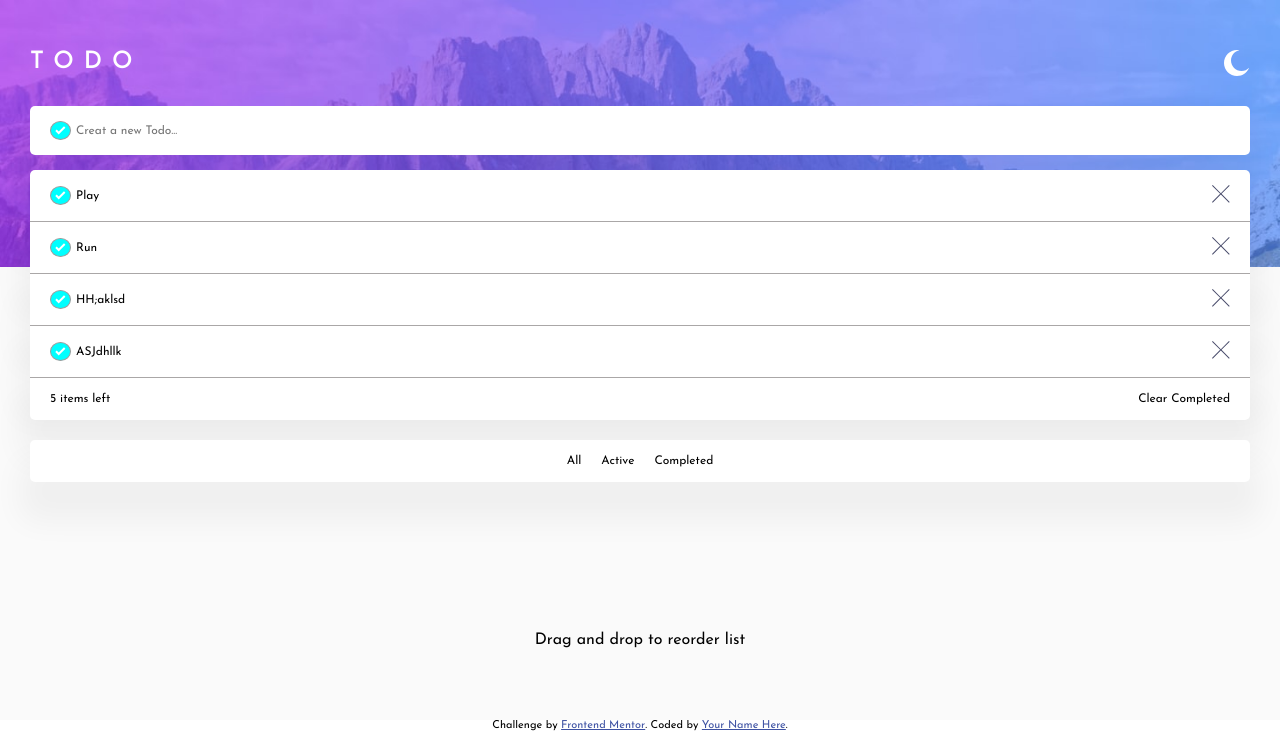
Repository: Baraajad231/Todo-app
Page: /
These files come from the project's save history. The page is drawn as it stood at one moment and after the next save; the edit follows.
The browser window is 1280 px wide. The pictures show the whole page.
The project was rebuilt for these pictures with package versions that can differ from the ones it lists, and the page was loaded fresh each time. Also part of the build but not shown: vite.config.js.

Above is the page before, as saved 2025-12-29 12:36:30.

### index.html
<!DOCTYPE html>
<html lang="en">
  <head>
    <meta charset="UTF-8" />
    <meta name="viewport" content="width=device-width, initial-scale=1.0" />
    <!-- displays site properly based on user's device -->

    <link
      rel="icon"
      type="image/png"
      sizes="32x32"
      href="./images/favicon-32x32.png"
    />

    <title>Frontend Mentor | Todo app</title>

    <!-- Feel free to remove these styles or customise in your own stylesheet 👍 -->
    <style>
      .attribution {
        font-size: 11px;
        text-align: center;
      }
      .attribution a {
        color: hsl(228, 45%, 44%);
      }
    </style>

    <link rel="preconnect" href="https://fonts.googleapis.com" />
    <link rel="preconnect" href="https://fonts.gstatic.com" crossorigin />
    <link
      href="https://fonts.googleapis.com/css2?family=Josefin+Sans:ital,wght@0,100..700;1,100..700&display=swap"
      rel="stylesheet"
    />

    <link rel="stylesheet" href="./styles/style.scss" />
  </head>
  <body>
    <div class="container">
      <picture class="background-Wrapper">
        <source
          media="(min-width:465px)"
          srcset="images/bg-desktop-light.jpg"
        />
        <img
          src="images/bg-mobile-light.jpg"
          alt="bg-mobile-light"
          class="background background-light"
        />
      </picture>

      <div class="todo">
        <div class="todo__header">
          <h1 class="todo__title">TODO</h1>
          <img src="images/icon-moon.svg" alt="moon icon" class="todo__theme" />
        </div>
        <ul class="todo__list">
          <li class="todo__list__row todo__list__row-input">
            <span class="checkbox">
              <img
                src="./images/icon-check.svg"
                alt="check"
                class="checkbox__icon"
              />
            </span>
            <input
              type="text"
              placeholder="Creat a new Todo..."
              class="todo__list__input"
            />
          </li>

          <li class="todo__list__row">
            <span class="checkbox">
              <img
                src="./images/icon-check.svg"
                alt="check"
                class="checkbox__icon"
              />
            </span>
            <span class="todo__list__task">Play</span>
            <span class="remove-btn">
              <img src="./images/icon-cross.svg" alt="" class="remove-icon"
            /></span>
          </li>
          <li class="todo__list__row">
            <span class="checkbox">
              <img
                src="./images/icon-check.svg"
                alt="check"
                class="checkbox__icon"
              />
            </span>
            <span class="todo__list__task">Run</span>
            <span class="remove-btn">
              <img src="./images/icon-cross.svg" alt="" class="remove-icon"
            /></span>
          </li>
          <li class="todo__list__row">
            <span class="checkbox">
              <img
                src="./images/icon-check.svg"
                alt="check"
                class="checkbox__icon"
              />
            </span>
            <span class="todo__list__task">HH;aklsd</span>
            <span class="remove-btn">
              <img src="./images/icon-cross.svg" alt="" class="remove-icon"
            /></span>
          </li>
          <li class="todo__list__row">
            <span class="checkbox">
              <img
                src="./images/icon-check.svg"
                alt="check"
                class="checkbox__icon"
              />
            </span>
            <span class="todo__list__task">ASJdhllk</span>
            <span class="remove-btn">
              <img src="./images/icon-cross.svg" alt="" class="remove-icon"
            /></span>
          </li>
          <li class="todo__list__row todo__list__row--meta">
            <div class="todo__items-left">
              <span class="todo__items-count">5</span>
              <span class="todo__items-text">items left</span>
            </div>

            <button class="todo__list-clear button">Clear Completed</button>
          </li>

          <li class="todo__list__row todo__list__row--filter">
            <button class="todo__list-all">All</button>
            <button class="todo__list-active">Active</button>
            <button class="todo__list-completed">Completed</button>
          </li>
        </ul>
      </div>
    </div>
    <p class="note">Drag and drop to reorder list</p>

    <div class="attribution">
      Challenge by
      <a href="https://www.frontendmentor.io?ref=challenge" target="_blank"
        >Frontend Mentor</a
      >. Coded by <a href="#">Your Name Here</a>.
    </div>
  </body>
</html>

### styles/style.scss
/*variables*/
:root {
  /* ===== Brand / Primary ===== */
  --color-primary: hsl(220, 98%, 61%);
  --gradient-check: linear-gradient(hsl(192, 100%, 67%), hsl(280, 87%, 65%));

  /* ===== Typography ===== */
  --font-family-base: "Josefin Sans", sans-serif;
  --font-size-base: 18px;
  --font-weight-regular: 400;
  --font-weight-bold: 700;
  // }

  // :root[data-theme="light"] {
  --color-bg: hsl(0, 0%, 98%);
  --color-surface: #ffffff;

  --color-text-primary: hsl(235, 19%, 35%);
  --color-text-secondary: hsl(236, 9%, 61%);

  --color-border: hsl(233, 11%, 84%);
  --color-muted: hsl(234, 39%, 85%);
  // }

  // :root[data-theme="dark"] {
  // --color-bg: hsl(235, 21%, 11%);
  // --color-surface: hsl(235, 24%, 19%);

  // --color-text-primary: hsl(234, 39%, 85%);
  // --color-text-secondary: hsl(236, 9%, 61%);

  // --color-border: hsl(237, 14%, 26%);
  // --color-muted: hsl(233, 14%, 35%);
}

/* Reset */
* {
  margin: 0;
  padding: 0;
  font: inherit;
}

*,
*::after,
*::before {
  box-sizing: border-box;
}

a {
  color: inherit;
  display: inline-block;
}

button,
[type="submit"] {
  background-color: transparent;
  border: none;
  cursor: pointer;
}

ul,
ol {
  list-style: none;
}

html {
  font-size: 62.5%;
}

body {
  font-size: 1.6rem;
  font-family: "Josefin Sans";
  color: black;
}
/* End Reset */

/*container*/
.container {
  position: relative;
  height: 100vh;
  background-color: var(--color-bg);
}
.background {
  width: 100vw;
}

.todo {
  display: flex;
  flex-direction: column;
  gap: 3rem;
  position: absolute;
  top: 0;
  width: calc(100% - 6rem);
  margin: 5rem 3rem;

  &__header {
    display: flex;
    justify-content: space-between;
    .todo__title {
      font-size: 2.4rem;
      color: white;
      letter-spacing: 1rem;
      font-weight: 600;
    }
  }

  &__list {
    font-size: 1.2rem;

    &__row {
      background-color: white;
      padding: 1.5rem 2rem;
      display: flex;
      align-items: center;

      box-shadow: 0 3rem 3rem 1rem rgba(0, 0, 0, 0.045);
      &:nth-child(2) {
        border-radius: 0.5rem 0.5rem 0 0;
      }

      & .checkbox {
        border: 1px solid rgb(156, 155, 155);
        border-radius: 50%;
        background-color: aqua;
        margin-right: 0.5rem;
        display: flex;
        align-items: center;
        justify-content: center;

        &__icon {
          padding: 0.4rem;
        }
      }

      & .todo__list__task {
        margin-right: auto;
      }
      &-input {
        margin-bottom: 1.5rem;

        & .todo__list__input {
          border: none;

          &:focus {
            outline: none;
            caret-color: aqua;
          }
        }
      }

      &:not(&-input, &--filter, &--meta) {
        border-bottom: 1px solid rgb(170, 167, 167);
      }

      &--meta {
        display: flex;
        justify-content: space-between;

        border-radius: 0 0 0.5rem 0.5rem;
      }

      &--filter {
        display: flex;
        justify-content: center;
        gap: 2rem;
        margin-top: 2rem;
      }
      &--filter,
      &-input {
        border-radius: 0.5rem;
      }
    }
  }
}

.note {
  position: absolute;
  bottom: 10%;
  left: 50%;
  transform: translateX(-50%);
  width: max-content;
}

After the next save:
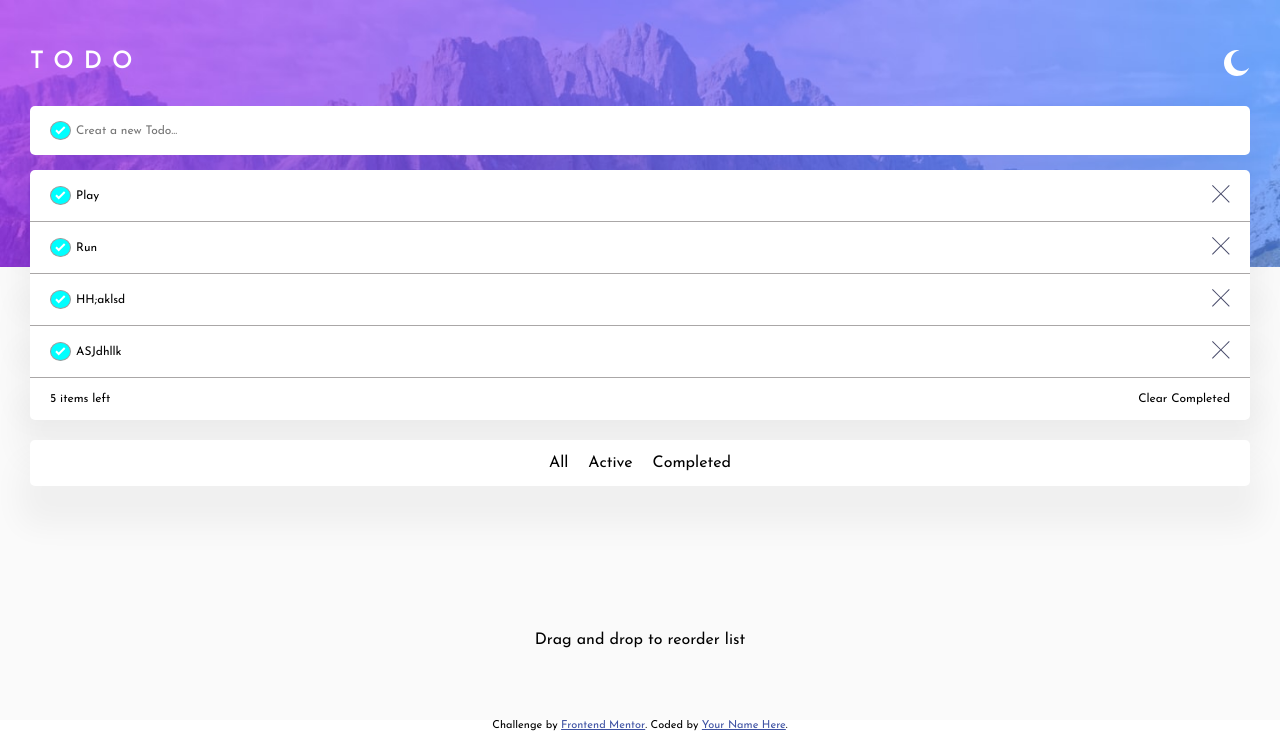
Saved 17 s later.
--- a/styles/style.scss
+++ b/styles/style.scss
@@ -164,6 +164,7 @@ body {
         justify-content: center;
         gap: 2rem;
         margin-top: 2rem;
+        font-size: 1.6rem;
       }
       &--filter,
       &-input {
